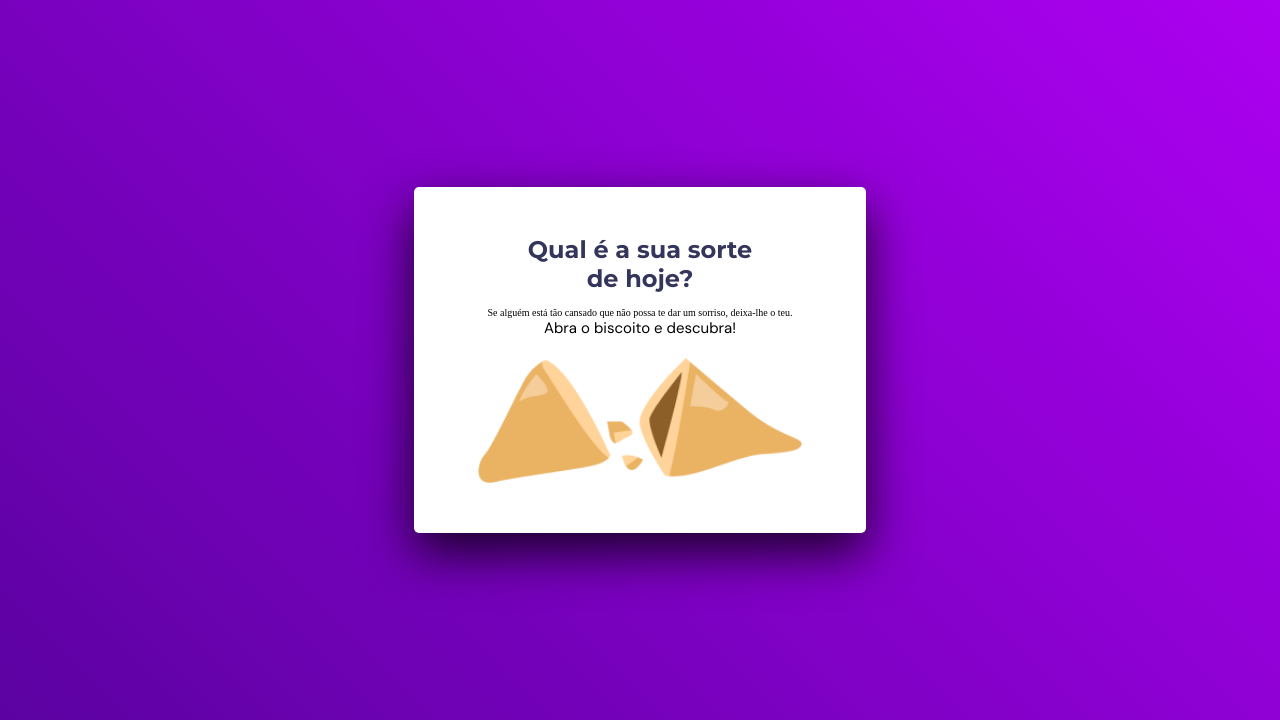
Repository: caueenrico/cookieCoach
Page: index.html
The author's editor kept a copy of each file at every save. The page is drawn from the files as they stood at one save, then again after the next save.
The browser window is 1280 px wide. The pictures show the whole page.

Above is the page before, as saved 2023-06-27 16:43:06.

After the next save:
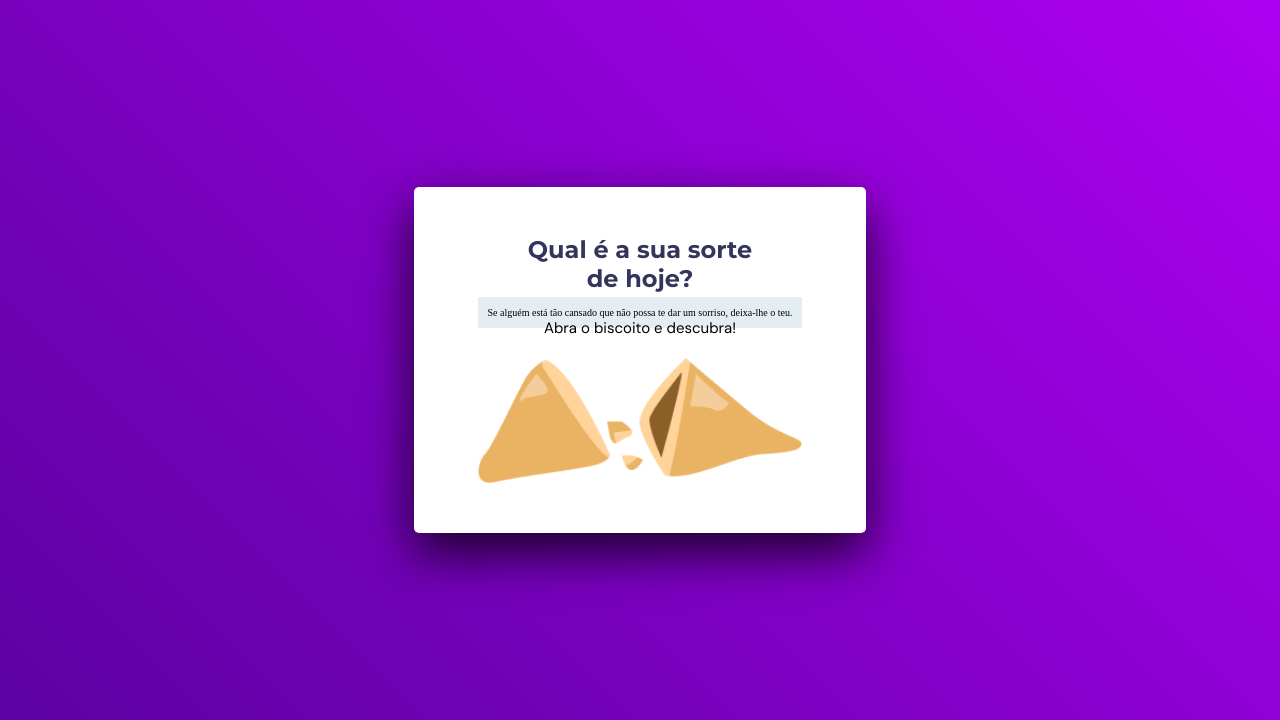
Saved 10 s later.
--- a/style.css
+++ b/style.css
@@ -99,6 +99,6 @@ span {
   padding: 10px;
   text-align: center;
   width: 29.3rem;
-  background: ;
+  background: #E4EDF1;
 
 }
